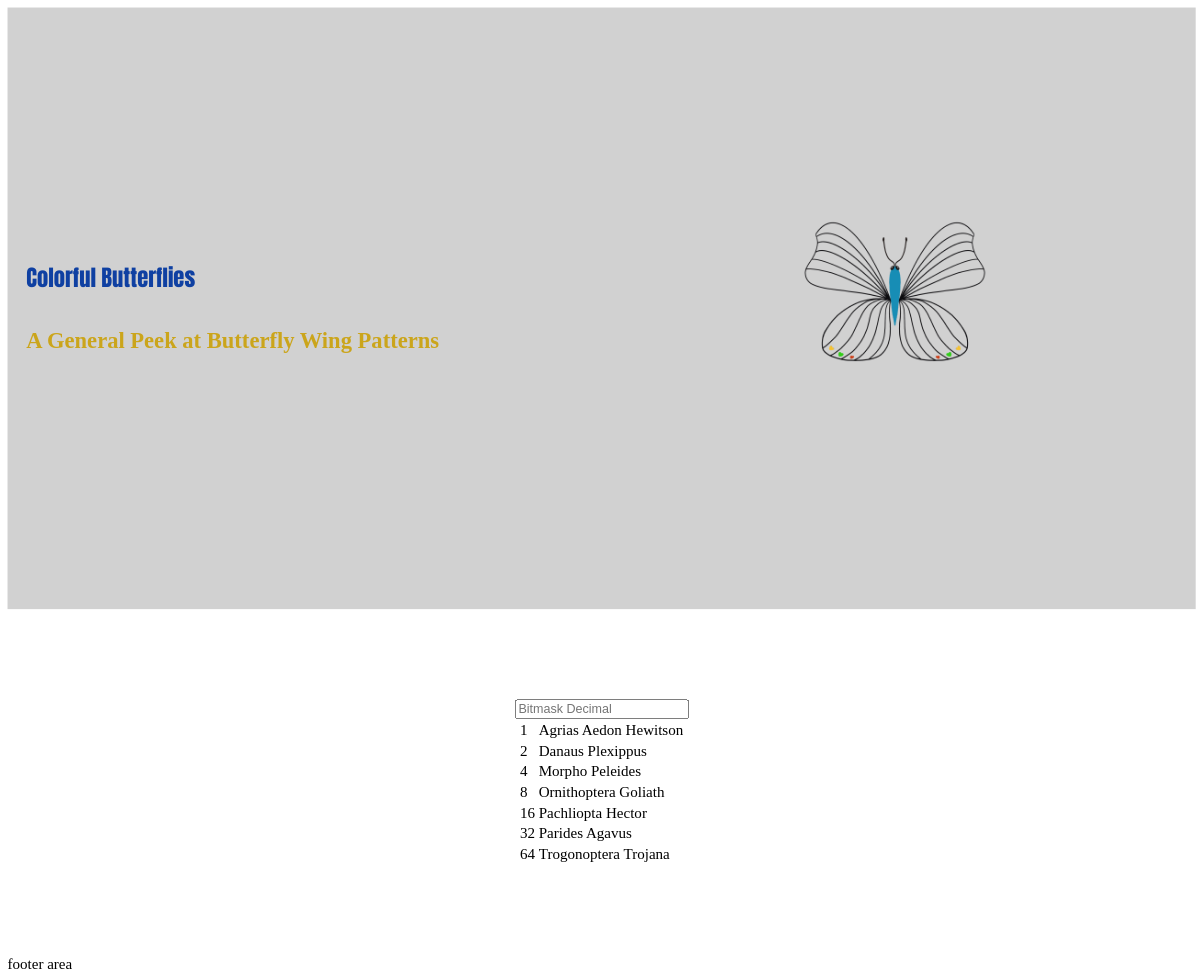
Repository: MeowCeline00/assessment-2
Page: /
An editor plug-in stored every save of this project. The page is shown before and after a run of saves, followed by the edit.
The browser window is 1280 px wide. The pictures show the whole page, at 94% of full size.
The project was rebuilt for these pictures with package versions that can differ from the ones it lists, and the page was loaded fresh each time. The framework's server and built-in components were replaced by stand-ins that run in the browser. Also part of the build but not shown: next.config.mjs.

Above is the page before, as saved 2024-02-07 21:59:41.

### pages/index.js
import Head from "next/head";
import { useState } from "react";
import styles from "@/styles/Home.module.css";
import Header from "@/Components/Header";


export default function Home() {

  // Butterfly Patterns
  const classFilters = {
    //key : value
    1: 'Agrias Aedon Hewitson',
    2: 'Danaus Plexippus',
    4: 'Morpho Peleides',
    8: 'Ornithoptera Goliath',
    16: 'Pachliopta Hector',
    32: 'Parides Agavus',
    64: 'Trogonoptera Trojana'
  }

  const [input, setInput] = useState();
                                    // 3
                                    // 2 & 2 Remainder 1
                                    // 1 & 1 Remainder 0
                                    // 9
                                    // 8 & 8 Remainder 1
                                    // 1 & 1 Remainder 0
  const getClassStyle = flagValue => (input & flagValue) > 0 ? {backgroundColor: 'yellow'} : null;

  return (
    <>
      <Head>
        <title>General View of Butterfly Wing Patterns</title>
        <meta name="description" content="General View of Butterfly Wing Patterns" />
        <meta name="viewport" content="width=device-width, initial-scale=1" />
        <link rel="icon" href="/butt_favicon.ico" />
      </Head>
      <Header />
      <main className={`${styles.main}`}>
       <input
       id="input"
       type="text"
       placeholder='Bitmask Decimal'
       value={input}
       onChange={event => setInput(event.target.value)}
       />
       <table>
        <tbody>
          {
            Object.keys(classFilters).map(item => (
              <tr key={item} style={getClassStyle(item)}>
                <td>{item}</td>
                <td>{classFilters[item]}</td>
              </tr>
            ))
          }
        </tbody>
       </table>
      </main>
      <footer>footer area</footer>
    </>
  );
}

### styles/Home.module.css
.main {
  display: flex;
  flex-direction: column;
  justify-content: space-between;
  align-items: center;
  padding: 6rem;
  min-height: 20vh;
}

### Components/Header/index.js
import Image from 'next/image';
import styles from './Header.module.css';

export default function Header() {
    return (
        <header className={styles.header}>
            <div className={styles.titleArea}>
                <h1> Colorful Butterflies</h1>
                <h2> A General Peek at Butterfly Wing Patterns</h2>
            </div>
            <div className={styles.logoArea}>
                <img src={"/logo.png"} alt="Butterfly Logo" width={300} />
            </div>
        </header>
    );
}

### Components/Header/Header.module.css
.header {
    display: flex;
    justify-content: space-between;
    align-items: center;
    padding: 20px;
    background-color: #d1d1d1;
}

.titleArea {
    display: flex;
    flex-direction: column;
}

.titleArea h1 {
    color: rgb(15, 64, 162);
    font-size: x-large;
    font-family: Impact, Haettenschweiler, 'Arial Narrow Bold', sans-serif;
}

.titleArea h2 {
    color: rgb(203, 165, 27);
}

.logoArea {
  display: flex;
  padding: 150px;
}

Loaded but not shown: pages/_app.js (common file); pages/_document.js (common file); styles/globals.css (common file)

After the next 2 saves:
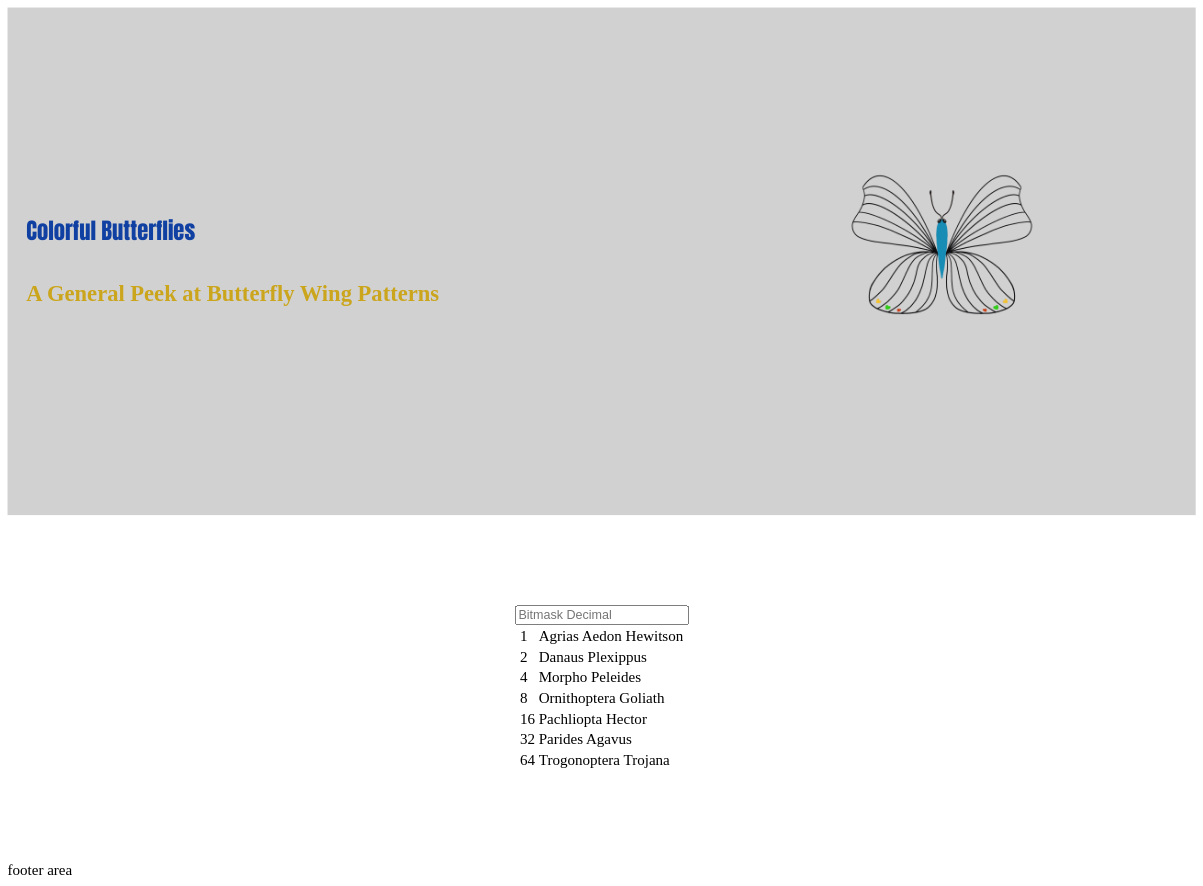
The 2 saves are shown as one change because they came seconds apart.
The last was saved 29 s later.
--- a/Components/Header/Header.module.css
+++ b/Components/Header/Header.module.css
@@ -23,5 +23,5 @@
 
 .logoArea {
   display: flex;
-  padding: 150px;
+  padding: 100px;
 }
